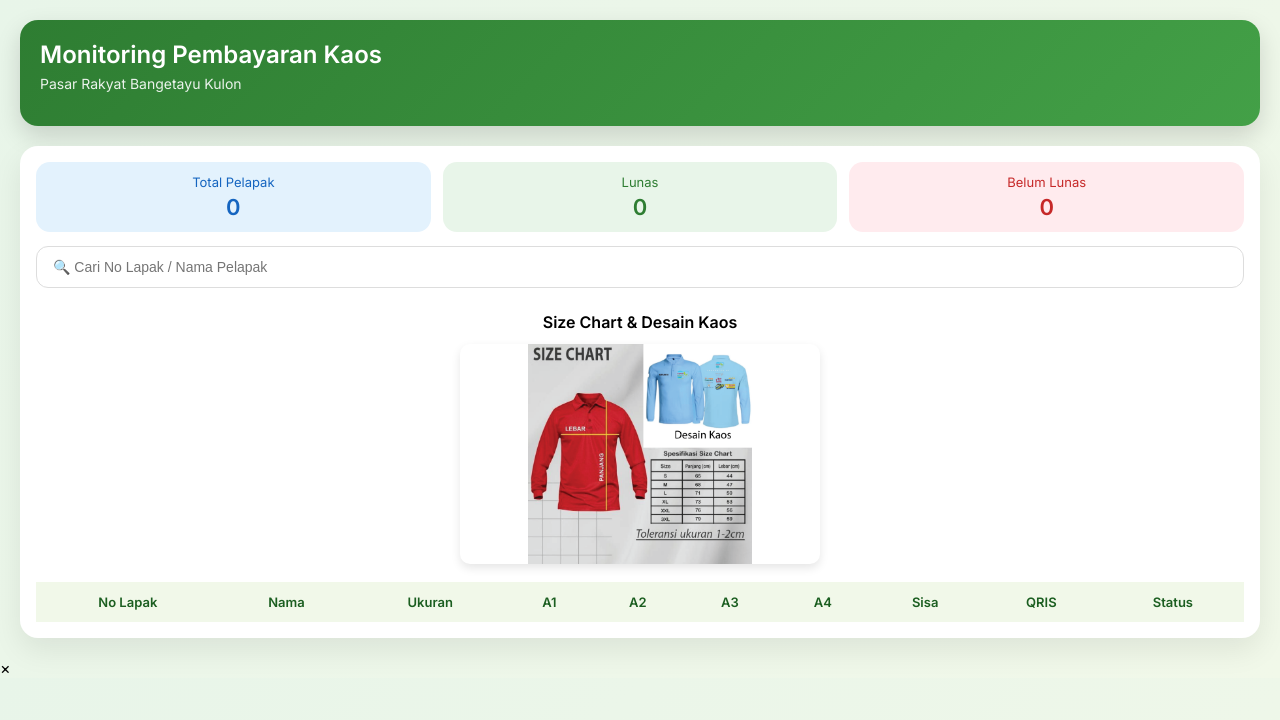
Repository: pasarrakyatbak/monitoringpembayarankaos
Page: index.html
The author's editor kept a copy of each file at every save. The page is drawn from the files as they stood at one save, then again after the next save.
The browser window is 1280 px wide. The pictures show the whole page.
The page's requests for data from a server got no answer.

Above is the page before, as saved 2026-01-04 14:23:37.

### index.html
<!DOCTYPE html>
<html lang="id">

<head>
    <meta charset="UTF-8">
    <meta name="viewport" content="width=device-width, initial-scale=1.0">
    <title>Monitoring Pembayaran Kaos</title>

    <!-- FONT -->
    <link rel="preconnect" href="https://fonts.googleapis.com">
    <link rel="preconnect" href="https://fonts.gstatic.com" crossorigin>
    <link href="https://fonts.googleapis.com/css2?family=Inter:wght@400;500;600&display=swap" rel="stylesheet">

    <link rel="stylesheet" href="style.css">
</head>

<body>

    <div class="app">

        <!-- HEADER -->
        <header class="header">
            <h1>Monitoring Pembayaran Kaos</h1>
            <p>Pasar Rakyat Bangetayu Kulon</p>
        </header>

        <!-- CARD -->
        <div class="card">

            <!-- RINGKASAN -->
            <div class="summary" id="summary">
                <div class="summary-card total">
                    <span>Total Pelapak</span>
                    <strong id="totalPelapak">0</strong>
                </div>
                <div class="summary-card lunas">
                    <span>Lunas</span>
                    <strong id="totalLunas">0</strong>
                </div>
                <div class="summary-card belum">
                    <span>Belum Lunas</span>
                    <strong id="totalBelum">0</strong>
                </div>
            </div>

            <!-- TOOLBAR -->
            <div class="toolbar">
                <input type="text" id="searchInput" placeholder="🔍 Cari No Lapak / Nama Pelapak">
            </div>

            <!-- ====== SECTION GAMBAR KAOS ====== -->
            <section class="kaos-section">
                <h2>Size Chart & Desain Kaos</h2>

                <div class="kaos-image-wrapper">
                    <img src="assets/img/kaos.png" alt="Size Chart dan Desain Kaos" class="kaos-image" id="kaosImage">
                </div>
            </section>

            <!-- DESKTOP TABLE -->
            <div class="desktop-view">
                <table>
                    <thead>
                        <tr>
                            <th>No Lapak</th>
                            <th>Nama</th>
                            <th>Ukuran</th>
                            <th>A1</th>
                            <th>A2</th>
                            <th>A3</th>
                            <th>A4</th>
                            <th>Sisa</th>
                            <th>QRIS</th>
                            <th>Status</th>
                        </tr>
                    </thead>
                    <tbody id="tableBody"></tbody>
                </table>
            </div>

            <!-- MOBILE CARD -->
            <div class="mobile-view" id="cardContainer"></div>

        </div>
    </div>

    <!-- ===== MODAL ZOOM GAMBAR ===== -->
    <div class="image-modal hidden" id="imageModal">
        <span class="close">&times;</span>
        <img class="modal-content" id="modalImg">
    </div>

    <!-- ===== LOADING OVERLAY ===== -->
    <div id="loadingOverlay" class="loading-overlay hidden">
        <div class="spinner"></div>
        <p>Memuat data...</p>
    </div>
    <script src="script.js"></script>
    <!-- LOADING OVERLAY -->
    <div id="loadingOverlay" class="loading-overlay hidden">
        <div class="spinner"></div>
        <p>Memuat data...</p>
    </div>
</body>

</html>

### style.css
* {
  box-sizing: border-box;
}

body {
  margin: 0;
  font-family: 'Inter', sans-serif;
  background: linear-gradient(135deg, #e8f5e9, #f1f8e9);
}

.app {
  max-width: 1400px;
  margin: auto;
  padding: 20px;
}

/* ================= HEADER ================= */
.header {
  background: linear-gradient(135deg, #2e7d32, #43a047);
  color: #fff;
  padding: 20px;
  border-radius: 18px;
  box-shadow: 0 10px 25px rgba(0, 0, 0, .15);
}

.header h1 {
  margin: 0;
  font-size: 24px;
}

.header p {
  margin-top: 6px;
  opacity: .9;
  font-size: 14px;
}

/* ================= CARD ================= */
.card {
  margin-top: 20px;
  background: #fff;
  border-radius: 18px;
  padding: 16px;
  box-shadow: 0 12px 30px rgba(0, 0, 0, .08);
}

/* ================= SUMMARY ================= */
.summary {
  display: grid;
  grid-template-columns: repeat(3, 1fr);
  gap: 12px;
  margin-bottom: 14px;
}

.summary-card {
  background: #f5f5f5;
  border-radius: 14px;
  padding: 12px;
  text-align: center;
  font-size: 13px;
}

.summary-card strong {
  display: block;
  font-size: 22px;
  margin-top: 4px;
}

.summary-card.total {
  background: #e3f2fd;
  color: #1565c0;
}

.summary-card.lunas {
  background: #e8f5e9;
  color: #2e7d32;
}

.summary-card.belum {
  background: #ffebee;
  color: #c62828;
}

/* ================= TOOLBAR ================= */
.toolbar input {
  width: 100%;
  padding: 12px 16px;
  border-radius: 12px;
  border: 1px solid #ddd;
  font-size: 14px;
}

.toolbar input:focus {
  outline: none;
  border-color: #2e7d32;
}

/* ================= TABLE ================= */
.desktop-view {
  overflow-x: auto;
}

table {
  width: 100%;
  border-collapse: collapse;
  margin-top: 14px;
  min-width: 1000px;
}

thead th {
  background: #f1f8e9;
  color: #1b5e20;
  padding: 12px;
  font-size: 13px;
  position: sticky;
  top: 0;
}

tbody td {
  padding: 12px;
  font-size: 13px;
  text-align: center;
  border-bottom: 1px solid #eee;
}

tbody tr:hover {
  background: #fafafa;
}

/* 🔴 AUTO MERAH BELUM LUNAS */
tr.belum-lunas {
  background: #ffebee !important;
}

tr.belum-lunas:hover {
  background: #ffcdd2 !important;
}

/* ================= BADGE ================= */
.badge {
  padding: 4px 10px;
  border-radius: 20px;
  font-size: 12px;
  font-weight: 600;
}

.badge-lunas {
  background: #e8f5e9;
  color: #2e7d32;
}

.badge-belum {
  background: #fff3e0;
  color: #ef6c00;
}

.badge-yes {
  background: #e3f2fd;
  color: #1565c0;
}

.badge-no {
  background: #fce4ec;
  color: #c2185b;
}

/* ================= MOBILE CARD ================= */
.mobile-view {
  display: none;
  margin-top: 16px;
  gap: 14px;
}

.pelapak-card {
  background: #fff;
  border-radius: 16px;
  padding: 14px;
  box-shadow: 0 8px 20px rgba(0, 0, 0, .08);
  border-left: 6px solid #2e7d32;
}

/* 🔴 CARD MERAH BELUM LUNAS */
.pelapak-card.belum-lunas {
  border-left-color: #c62828;
  background: #fff5f5;
}

.pelapak-header {
  display: flex;
  justify-content: space-between;
  align-items: center;
}

.lapak {
  font-weight: 600;
  color: #1b5e20;
}

.nama {
  font-size: 13px;
  color: #555;
}

.pelapak-body {
  margin-top: 10px;
  display: grid;
  grid-template-columns: repeat(2, 1fr);
  gap: 8px;
}

.item {
  background: #f1f8e9;
  border-radius: 10px;
  padding: 8px;
  text-align: center;
  font-size: 12px;
}

.item span {
  display: block;
  font-size: 11px;
  color: #666;
}

.summary {
  display: grid;
  grid-template-columns: repeat(3, 1fr);
  gap: 12px;
  margin-bottom: 14px;
}

.summary-card {
  border-radius: 14px;
  padding: 12px;
  text-align: center;
  font-size: 13px;
}

.summary-card strong {
  display: block;
  font-size: 22px;
  margin-top: 4px;
}

.summary-card.total {
  background: #e3f2fd;
  color: #1565c0;
}

.summary-card.lunas {
  background: #e8f5e9;
  color: #2e7d32;
}

.summary-card.belum {
  background: #ffebee;
  color: #c62828;
}

/* ================= LOADING ================= */
.loading-overlay {
  position: fixed;
  top: 0;
  left: 0;
  width: 100%;
  height: 100%;
  background: rgba(255, 255, 255, 0.85);
  display: flex;
  flex-direction: column;
  align-items: center;
  justify-content: center;
  z-index: 9999;
  backdrop-filter: blur(4px);
}

.loading-overlay p {
  margin-top: 12px;
  font-size: 14px;
  color: #2e7d32;
  font-weight: 500;
}

.loading-overlay.hidden {
  display: none;
}

.spinner {
  width: 48px;
  height: 48px;
  border: 5px solid #e0e0e0;
  border-top: 5px solid #2e7d32;
  border-radius: 50%;
  animation: spin 1s linear infinite;
}

@keyframes spin {
  to {
    transform: rotate(360deg);
  }
}

/* =============================
   SECTION GAMBAR KAOS
============================= */
.kaos-section {
  margin-top: 24px;
  text-align: center;
}

.kaos-section h2 {
  font-size: 16px;
  font-weight: 600;
  margin-bottom: 12px;
}

/* WRAPPER */
.kaos-image-wrapper {
  max-width: 360px;
  /* BATAS LEBAR */
  margin: 0 auto;
}

/* GAMBAR */
.kaos-image {
  width: 100%;
  max-height: 220px;
  /* BATAS TINGGI */
  object-fit: contain;
  border-radius: 10px;
  box-shadow: 0 4px 10px rgba(0, 0, 0, .1);
}

/* TEKS HINT */
.hint {
  font-size: 12px;
  color: #777;
  margin-top: 6px;
}

/* =============================
   RESPONSIVE DESKTOP
============================= */
/* ================= RESPONSIVE ================= */
@media (max-width: 768px) {
  .summary {
    grid-template-columns: 1fr;
  }

  .kaos-image-wrapper {
    max-width: 420px;
  }

  .kaos-image {
    max-height: 260px;
  }

  .desktop-view {
    display: none;
  }

  .mobile-view {
    display: grid;
    grid-template-columns: 1fr;
    gap: 16px;
  }

  .summary {
    grid-template-columns: 1fr;
  }

  .lapak {
    font-size: 16px;
  }

  .nama {
    font-size: 14px;
  }

  .pelapak-body {
    font-size: 13px;
  }

  .item.full {
    grid-column: span 2;
  }

  .item strong {
    font-weight: 600;
    color: #2e7d32;
  }
}

### script.js
const API_URL = "https://script.google.com/macros/s/AKfycby4z2qZ24SrJkcyGpybH29lSUC_3_z1LG-7wSmTzpaOEXrwjXf0Cl3hqkg95qAxPj1-/exec";

let allData = [];

document.addEventListener('DOMContentLoaded', () => {
    const searchInput = document.getElementById('searchInput');
    const tableBody = document.getElementById('tableBody');
    const cardContainer = document.getElementById('cardContainer');

    const loadingOverlay = document.getElementById('loadingOverlay');

    // =============================
    // LOADING HELPER
    // =============================
    function showLoading() {
        loadingOverlay.classList.remove('hidden');
    }

    function hideLoading() {
        loadingOverlay.classList.add('hidden');
    }

    // =============================
    // LOAD DATA
    // =============================
    async function loadData() {
        try {
            showLoading();

            const res = await fetch(API_URL + "?action=list");
            const data = await res.json();

            allData = data;
            renderAll(data);
            renderSummary(data);

        } catch (err) {
            console.error(err);
            alert("Gagal memuat data");
        } finally {
            hideLoading();
        }
    }

    // =============================
    // SUMMARY
    // =============================
    function renderSummary(data) {
        const totalPelapak = data.length;
        const totalLunas = data.filter(d => d.lunas).length;
        const totalBelum = totalPelapak - totalLunas;

        document.getElementById('totalPelapak').textContent = totalPelapak;
        document.getElementById('totalLunas').textContent = totalLunas;
        document.getElementById('totalBelum').textContent = totalBelum;
    }

    // =============================
    // RENDER ALL
    // =============================
    function renderAll(data) {
        renderTable(data);
        renderCard(data);
    }

    // =============================
    // TABLE (DESKTOP)
    // =============================
    function renderTable(data) {
        tableBody.innerHTML = '';

        data.forEach((row, index) => {
            const statusText = row.lunas ? 'Lunas' : 'Belum';
            const statusBadge = row.lunas ? 'badge-lunas' : 'badge-belum';
            const rowClass = row.lunas ? '' : 'belum-lunas';

            tableBody.innerHTML += `
        <tr class="${rowClass}">
          <td>${row.noLapak}</td>
          <td>${row.nama}</td>
          <td>${row.ukuran}</td>
          <td>${row.a1}</td>
          <td>${row.a2}</td>
          <td>${row.a3}</td>
          <td>${row.a4}</td>
          <td>Rp ${Number(row.total).toLocaleString('id-ID')}</td>
          <td>
            <input type="checkbox" ${row.qris ? 'checked' : ''} data-index="${index}">
          </td>
          <td>
            <span class="badge ${statusBadge}">${statusText}</span>
          </td>
        </tr>
      `;
        });
    }

    // =============================
    // CARD (MOBILE)
    // =============================
    function renderCard(data) {
        cardContainer.innerHTML = '';

        data.forEach((row, index) => {
            const statusText = row.lunas ? 'Lunas' : 'Belum';
            const statusBadge = row.lunas ? 'badge-lunas' : 'badge-belum';
            const cardClass = row.lunas ? '' : 'belum-lunas';

            cardContainer.innerHTML += `
        <div class="pelapak-card ${cardClass}">
          <div class="pelapak-header">
            <div>
              <div class="lapak">Lapak ${row.noLapak}</div>
              <div class="nama">${row.nama}</div>
            </div>
            <span class="badge ${statusBadge}">${statusText}</span>
          </div>

          <div class="pelapak-body">
            <div class="item"><span>Ukuran</span><strong>${row.ukuran}</strong></div>
            <div class="item">
              <span>QRIS</span>
              <input type="checkbox" ${row.qris ? 'checked' : ''} data-index="${index}">
            </div>
            <div class="item"><span>A1</span><strong>${row.a1}</strong></div>
            <div class="item"><span>A2</span><strong>${row.a2}</strong></div>
            <div class="item"><span>A3</span><strong>${row.a3}</strong></div>
            <div class="item"><span>A4</span><strong>${row.a4}</strong></div>
            <div class="item full">
              <span>Total</span>
              <strong>Rp ${Number(row.total).toLocaleString('id-ID')}</strong>
            </div>
          </div>
        </div>
      `;
        });
    }

    // =============================
    // UPDATE QRIS (WITH LOADING)
    // =============================
    document.body.addEventListener('change', async (e) => {
        if (e.target.type === 'checkbox' && e.target.dataset.index !== undefined) {
            const index = e.target.dataset.index;

            try {
                showLoading();

                const formData = new FormData();
                formData.append("action", "updateQRIS");
                formData.append("index", index);
                formData.append("qris", e.target.checked ? "true" : "false");

                await fetch(API_URL, {
                    method: "POST",
                    body: formData
                });

                await loadData();
            } catch (err) {
                console.error(err);
                alert("Gagal update data");
            } finally {
                hideLoading();
            }
        }
    });

    // =============================
    // SEARCH
    // =============================
    searchInput.addEventListener('keyup', () => {
        const keyword = searchInput.value.toLowerCase();

        const filtered = allData.filter(item =>
            item.noLapak.toString().includes(keyword) ||
            item.nama.toLowerCase().includes(keyword)
        );

        renderAll(filtered);
        renderSummary(filtered);
    });

    // INIT
    loadData();
});

After the next save:
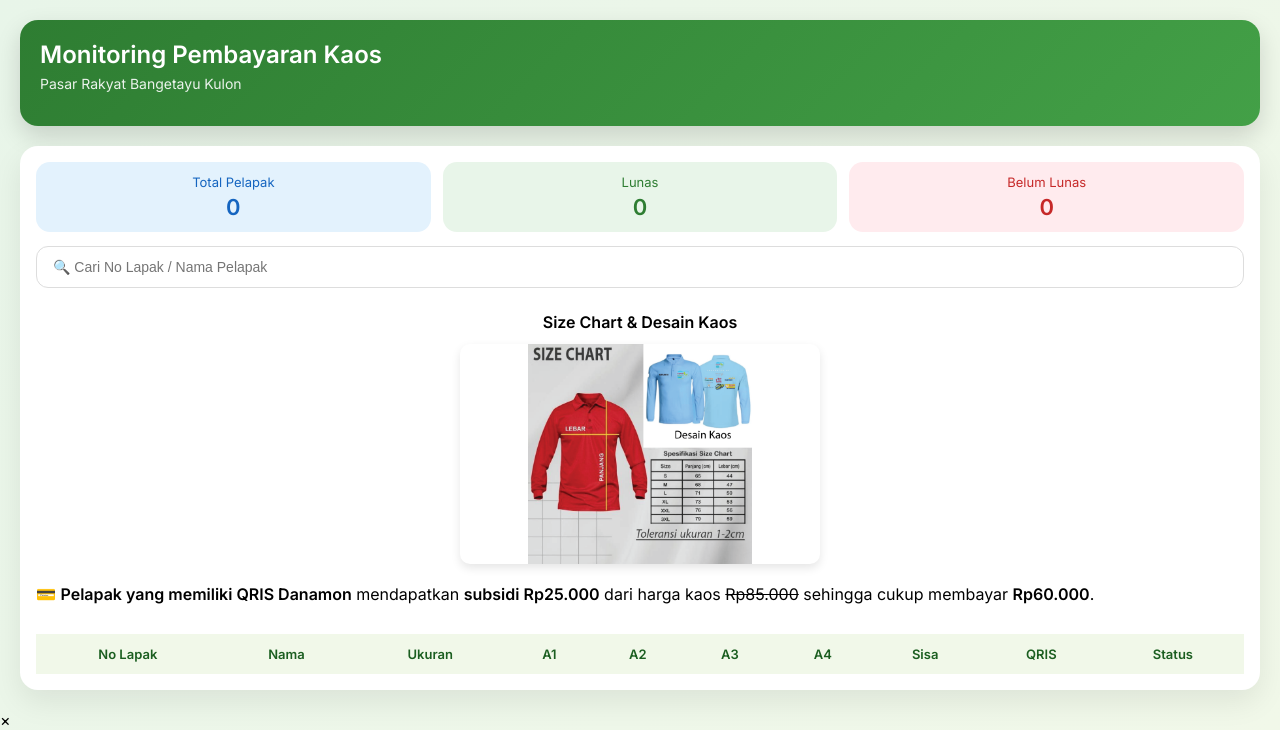
Saved 2 min 9 s later.
--- a/index.html
+++ b/index.html
@@ -56,7 +56,15 @@
                     <img src="assets/img/kaos.png" alt="Size Chart dan Desain Kaos" class="kaos-image" id="kaosImage">
                 </div>
             </section>
-
+            <!-- ===== INFO SUBSIDI QRIS ===== -->
+            <div class="qris-info">
+                <p>
+                    💳 <strong>Pelapak yang memiliki QRIS Danamon</strong> mendapatkan
+                    <strong>subsidi Rp25.000</strong> dari harga kaos
+                    <del>Rp85.000</del> sehingga cukup membayar
+                    <strong>Rp60.000</strong>.
+                </p>
+            </div>
             <!-- DESKTOP TABLE -->
             <div class="desktop-view">
                 <table>
